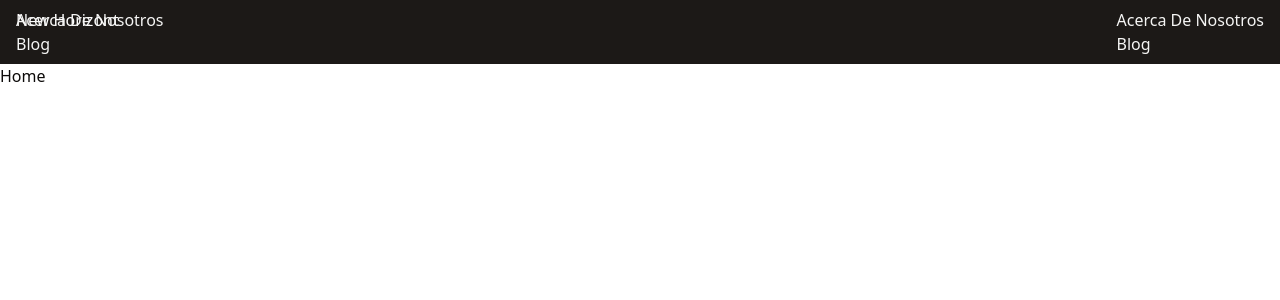
Repository: jefrydep/new-horizont-school
Page: /
The author's editor kept a copy of each file at every save. The page is drawn from the files as they stood at one save, then again after the next save.
The browser window is 1280 px wide. The pictures show the whole page.
The project was rebuilt for these pictures with package versions that can differ from the ones it lists, and the page was loaded fresh each time. The framework's server and built-in components were replaced by stand-ins that run in the browser. Also part of the build but not shown: next.config.ts.

Above is the page before, as saved 2024-11-07 18:09:51.

### src/app/(new-horizont-school)/layout.tsx
// import type { Metadata } from "next";
// import localFont from "next/font/local";

import Navbar from "@/components/Navbar";

// const geistSans = localFont({
//   src: "./fonts/GeistVF.woff",
//   variable: "--font-geist-sans",
//   weight: "100 900",
// });
// const geistMono = localFont({
//   src: "./fonts/GeistMonoVF.woff",
//   variable: "--font-geist-mono",
//   weight: "100 900",
// });

// export const metadata: Metadata = {
//   title: "Create Next App",
//   description: "Generated by create next app",
// };

export default function SchoolLayout({
  children,
}: Readonly<{
  children: React.ReactNode;
}>) {
  return (
    <html lang="en">
      <body
      // className={`${geistSans.variable} ${geistMono.variable} antialiased`}
      >
        {children}
      </body>
    </html>
  );
}

### src/app/layout.tsx
import type { Metadata } from "next";
import localFont from "next/font/local";
import "./globals.css";
import Navbar from "@/components/Navbar";
import { Button } from "@/components/ui/button";

const geistSans = localFont({
  src: "./fonts/GeistVF.woff",
  variable: "--font-geist-sans",
  weight: "100 900",
});
const geistMono = localFont({
  src: "./fonts/GeistMonoVF.woff",
  variable: "--font-geist-mono",
  weight: "100 900",
});

export const metadata: Metadata = {
  title: "Create Next App",
  description: "Generated by create next app",
};

export default function RootLayout({
  children,
}: Readonly<{
  children: React.ReactNode;
}>) {
  return (
    <html lang="en">
      <body
        className={`   ${geistSans.variable} ${geistMono.variable} antialiased`}
      >
        <Navbar />
        {children}
        <div className=" sm:hidden bg-white border flex justify-center py-3  absolute bottom-0 right-0 left-0">
          <Button className="bg-green-500">
            <span>w</span> Contacto
          </Button>
        </div>
        {/* <div className="absolute bg-red-400 bottom-0 left-1/2 transform -translate-x-1/2 mb-4">
          <Button>Contacto</Button>
        </div> */}
      </body>
    </html>
  );
}

### src/app/globals.css
@tailwind base;
@tailwind components;
@tailwind utilities;

/* :root {
  --background: #ffffff;
  --foreground: #171717;
}

@media (prefers-color-scheme: dark) {
  :root {
    --background: #0a0a0a;
    --foreground: #ededed;
  }
}

body {
  color: var(--foreground);
  background: var(--background);
  font-family: Arial, Helvetica, sans-serif;
} */
@layer base {
  :root {
    --background: 0 0% 100%;
    --foreground: 20 14.3% 4.1%;
    --card: 0 0% 100%;
    --card-foreground: 20 14.3% 4.1%;
    --popover: 0 0% 100%;
    --popover-foreground: 20 14.3% 4.1%;
    --primary: 24 9.8% 10%;
    --primary-foreground: 60 9.1% 97.8%;
    --secondary: 60 4.8% 95.9%;
    --secondary-foreground: 24 9.8% 10%;
    --muted: 60 4.8% 95.9%;
    --muted-foreground: 25 5.3% 44.7%;
    --accent: 60 4.8% 95.9%;
    --accent-foreground: 24 9.8% 10%;
    --destructive: 0 84.2% 60.2%;
    --destructive-foreground: 60 9.1% 97.8%;
    --border: 20 5.9% 90%;
    --input: 20 5.9% 90%;
    --ring: 20 14.3% 4.1%;
    --chart-1: 12 76% 61%;
    --chart-2: 173 58% 39%;
    --chart-3: 197 37% 24%;
    --chart-4: 43 74% 66%;
    --chart-5: 27 87% 67%;
    --radius: 0.5rem
  }
  .dark {
    --background: 20 14.3% 4.1%;
    --foreground: 60 9.1% 97.8%;
    --card: 20 14.3% 4.1%;
    --card-foreground: 60 9.1% 97.8%;
    --popover: 20 14.3% 4.1%;
    --popover-foreground: 60 9.1% 97.8%;
    --primary: 60 9.1% 97.8%;
    --primary-foreground: 24 9.8% 10%;
    --secondary: 12 6.5% 15.1%;
    --secondary-foreground: 60 9.1% 97.8%;
    --muted: 12 6.5% 15.1%;
    --muted-foreground: 24 5.4% 63.9%;
    --accent: 12 6.5% 15.1%;
    --accent-foreground: 60 9.1% 97.8%;
    --destructive: 0 62.8% 30.6%;
    --destructive-foreground: 60 9.1% 97.8%;
    --border: 12 6.5% 15.1%;
    --input: 12 6.5% 15.1%;
    --ring: 24 5.7% 82.9%;
    --chart-1: 220 70% 50%;
    --chart-2: 160 60% 45%;
    --chart-3: 30 80% 55%;
    --chart-4: 280 65% 60%;
    --chart-5: 340 75% 55%
  }
}
@layer base {
  * {
    @apply border-border;
  }
  body {
    @apply bg-background text-foreground;
  }
}

### src/components/Navbar.tsx
"use client";
import { Menu } from "lucide-react";
import Link from "next/link";

export default function Navbar() {
  return (
    <header className="bg-primary h-16">
      <div className="flex justify-between m-auto      container px-4 py-2  ">
        <div className="text-white">New Horizont</div>
        <nav className="outline-none hidden sm:block list-none">
          <li className="text-secondary">
            <Link href={"/about"}>Acerca De Nosotros</Link>
          </li>
          <li className="text-secondary">
            <Link href={"/blog"}>Blog</Link>
          </li>
        </nav>
        <nav className="outline-none absolute sm:block list-none">
          <li className="text-secondary">
            <Link href={"/about"}>Acerca De Nosotros</Link>
          </li>
          <li className="text-secondary">
            <Link href={"/blog"}>Blog</Link>
          </li>
        </nav>
        <div className="  sm:hidden">
          <Menu color="white" size={45} />
        </div>
        {/* <li className="text-secondary">
            <Link href={"/about"}>About</Link>
          </li> */}
      </div>
    </header>
  );
}

### src/components/ui/button.tsx
import * as React from "react"
import { Slot } from "@radix-ui/react-slot"
import { cva, type VariantProps } from "class-variance-authority"

import { cn } from "@/lib/utils"

const buttonVariants = cva(
  "inline-flex items-center justify-center gap-2 whitespace-nowrap rounded-md text-sm font-medium transition-colors focus-visible:outline-none focus-visible:ring-1 focus-visible:ring-ring disabled:pointer-events-none disabled:opacity-50 [&_svg]:pointer-events-none [&_svg]:size-4 [&_svg]:shrink-0",
  {
    variants: {
      variant: {
        default:
          "bg-primary text-primary-foreground shadow hover:bg-primary/90",
        destructive:
          "bg-destructive text-destructive-foreground shadow-sm hover:bg-destructive/90",
        outline:
          "border border-input bg-background shadow-sm hover:bg-accent hover:text-accent-foreground",
        secondary:
          "bg-secondary text-secondary-foreground shadow-sm hover:bg-secondary/80",
        ghost: "hover:bg-accent hover:text-accent-foreground",
        link: "text-primary underline-offset-4 hover:underline",
      },
      size: {
        default: "h-9 px-4 py-2",
        sm: "h-8 rounded-md px-3 text-xs",
        lg: "h-10 rounded-md px-8",
        icon: "h-9 w-9",
      },
    },
    defaultVariants: {
      variant: "default",
      size: "default",
    },
  }
)

export interface ButtonProps
  extends React.ButtonHTMLAttributes<HTMLButtonElement>,
    VariantProps<typeof buttonVariants> {
  asChild?: boolean
}

const Button = React.forwardRef<HTMLButtonElement, ButtonProps>(
  ({ className, variant, size, asChild = false, ...props }, ref) => {
    const Comp = asChild ? Slot : "button"
    return (
      <Comp
        className={cn(buttonVariants({ variant, size, className }))}
        ref={ref}
        {...props}
      />
    )
  }
)
Button.displayName = "Button"

export { Button, buttonVariants }

Loaded but not shown: src/app/(new-horizont-school)/page.tsx (common file); src/lib/utils.ts (common file); tailwind.config.ts (common file)

After the next save:
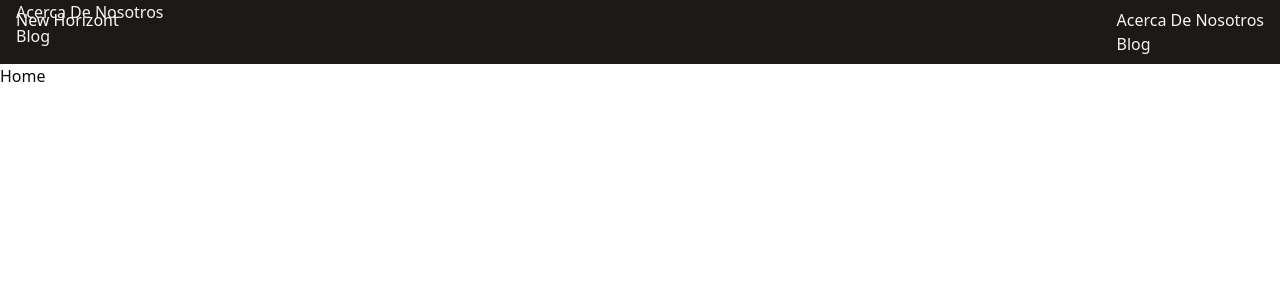
Saved 8 s later.
--- a/src/components/Navbar.tsx
+++ b/src/components/Navbar.tsx
@@ -15,7 +15,7 @@ export default function Navbar() {
             <Link href={"/blog"}>Blog</Link>
           </li>
         </nav>
-        <nav className="outline-none absolute sm:block list-none">
+        <nav className="outline-none absolute top-0 bottom-0 sm:block list-none">
           <li className="text-secondary">
             <Link href={"/about"}>Acerca De Nosotros</Link>
           </li>
